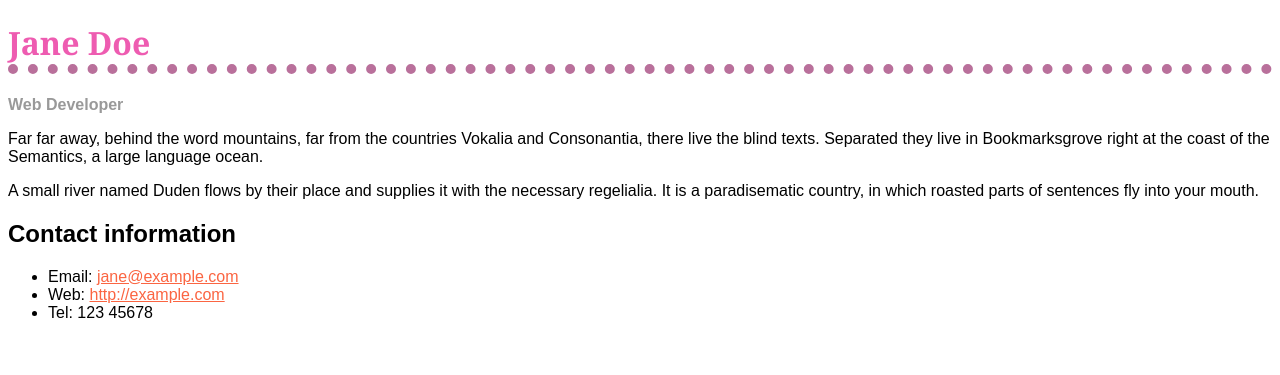
Repository: Valhally/web-projects
Page: sample-site/index.html
These files come from the project's save history. The page is drawn as it stood at one moment and after the next save; the edit follows.
The browser window is 1280 px wide. The pictures show the whole page.

Above is the page before, as saved 2021-08-11 16:25:57.

### sample-site/index.html
<!doctype html>
<html lang="zh-CN">
<head>
    <meta charset="utf-8">
    <title>开始学习CSS</title>
    <link rel = "stylesheet" href = "resources/styles.css">
</head>

<body>
    <h1>Jane Doe</h1>
    <div class="job-title">Web Developer</div>
    <p>Far far away, behind the word mountains, far from the countries Vokalia and Consonantia, there live the blind texts. Separated they live in Bookmarksgrove right at the coast of the Semantics, a large language ocean.</p>

    <p>A small river named Duden flows by their place and supplies it with the necessary regelialia. It is a paradisematic country, in which roasted parts of sentences fly into your mouth. </p>

    <h2>Contact information</h2>
    <ul>
        <li>Email: <a href="mailto:jane@example.com">jane@example.com</a></li>
        <li>Web: <a href="http://example.com">http://example.com</a></li>
        <li>Tel: 123 45678</li>
    </ul>

</body>

</html>

### sample-site/resources/styles.css
body {
    font-family: Arial, Helvetica, sans-serif;
    font-weight: 500;
}

h1 {
    color: #ee5cb1;
    font-size: 2em;
    font-family: Georgia, 'Times New Roman', Times, serif;
    border-bottom: 10px dotted #b9709b;
}

h2 {
    font-size: 1.5em;
}

.job-title {
    color: #999999;
    font-weight: bold;
}

a:link, a:visited {
    color: #fb6542;
}

a:hover {
    text-decoration: none;
}

After the next save:
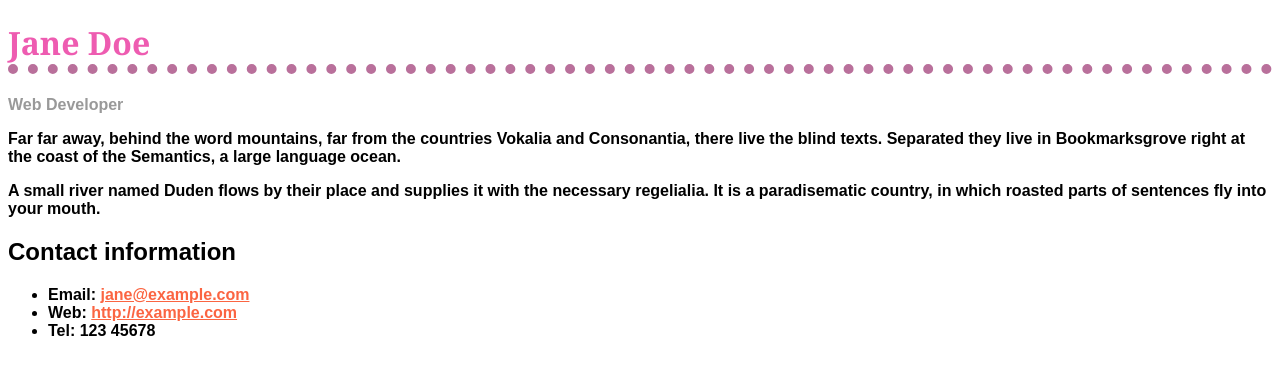
Saved 4 s later.
--- a/sample-site/resources/styles.css
+++ b/sample-site/resources/styles.css
@@ -1,6 +1,6 @@
 body {
     font-family: Arial, Helvetica, sans-serif;
-    font-weight: 500;
+    font-weight: bold;
 }
 
 h1 {
